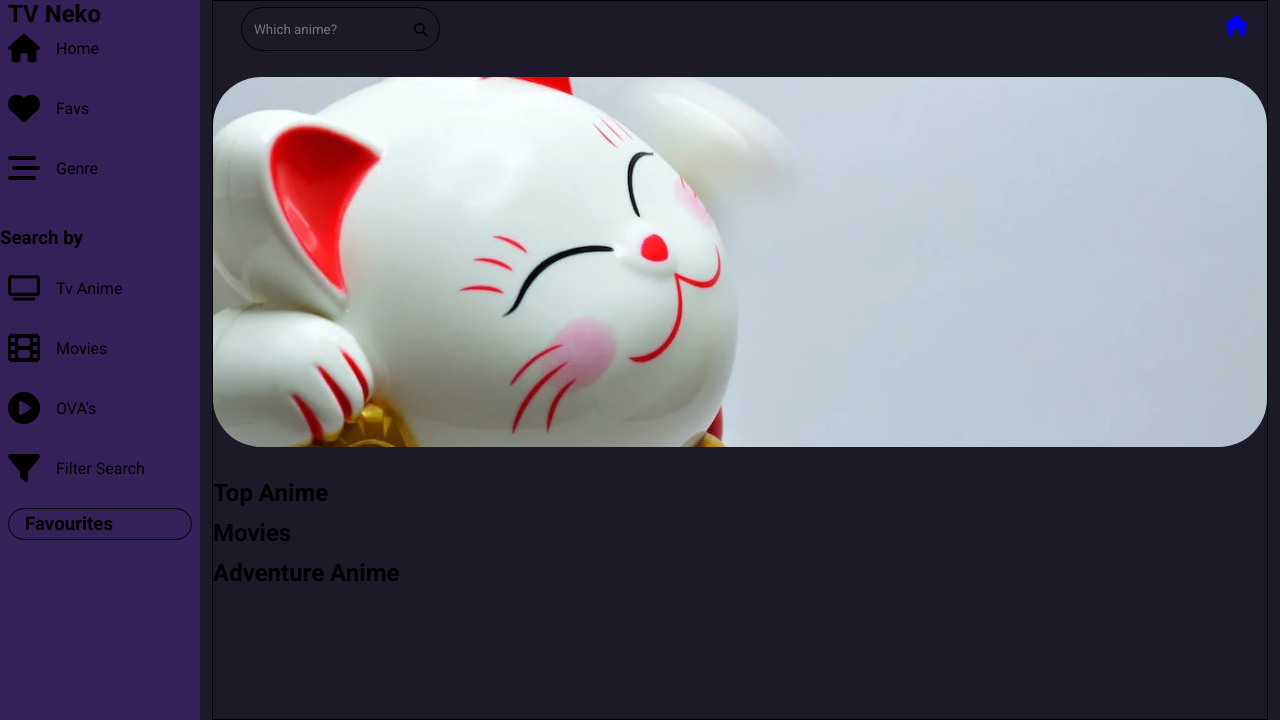
Repository: OwenMargiela/AnimeDatabse
Page: /
These files come from the project's save history. The page is drawn as it stood at one moment and after the next save; the edit follows.
The browser window is 1280 px wide. The pictures show the whole page.
The page's requests for data from a server got no answer. The project was rebuilt for these pictures with package versions that can differ from the ones it lists, and the page was loaded fresh each time. No one was signed in, and anything a server would have sent is missing. Also part of the build but not shown: src/Components/AnimeContainer.jsx, src/Pages/AnimePage/AnimePage.jsx, src/Components/Score.css, src/Components/Score.jsx, src/Components/AnimeDescription.jsx, src/Pages/AnimePage/AnimeInfo.jsx, src/Pages/AnimePage/AnimeGenre.jsx, src/Pages/FavouritesPage/Favourites.css and 7 more.

Above is the page before, as saved 2023-01-26 16:00:36.

### public/index.html
<!DOCTYPE html>
<html lang="en">
  <head>
    <meta charset="utf-8" />
    <link rel="icon" href="%PUBLIC_URL%/favicon.ico" />
    <meta name="viewport" content="width=device-width, initial-scale=1" />
    <meta name="theme-color" content="#000000" />
    <meta
      name="description"
      content="Web site created using create-react-app"
    />
    <link rel="apple-touch-icon" href="%PUBLIC_URL%/logo192.png" />
    <!--
      manifest.json provides metadata used when your web app is installed on a
      user's mobile device or desktop. See https://developers.google.com/web/fundamentals/web-app-manifest/
    -->
    <link rel="manifest" href="%PUBLIC_URL%/manifest.json" />
    <!--
      Notice the use of %PUBLIC_URL% in the tags above.
      It will be replaced with the URL of the `public` folder during the build.
      Only files inside the `public` folder can be referenced from the HTML.

      Unlike "/favicon.ico" or "favicon.ico", "%PUBLIC_URL%/favicon.ico" will
      work correctly both with client-side routing and a non-root public URL.
      Learn how to configure a non-root public URL by running `npm run build`.
    -->
    <title>TV Neko</title>
  </head>
  <body>
    <noscript>You need to enable JavaScript to run this app.</noscript>
    <div id="root"></div>
    <!--
      This HTML file is a template.
      If you open it directly in the browser, you will see an empty page.

      You can add webfonts, meta tags, or analytics to this file.
      The build step will place the bundled scripts into the <body> tag.

      To begin the development, run `npm start` or `yarn start`.
      To create a production bundle, use `npm run build` or `yarn build`.
    -->
  </body>
</html>

### src/index.js
import React from 'react';
import ReactDOM from 'react-dom/client';
import './index.css';
import App from './App';
import reportWebVitals from './reportWebVitals';
import { library } from '@fortawesome/fontawesome-svg-core';
import { faSearch,faStarHalfAlt,faStar,faHouse,faTv,faFilm,faBarsStaggered, faCirclePlay,faHeart,faCalendarDays,faX,faFilter,faArrowRight,faBars} from '@fortawesome/free-solid-svg-icons';

library.add(faSearch,faStarHalfAlt,faStar,faHouse,faTv,faFilm,faBarsStaggered, faCirclePlay,faHeart,faCalendarDays,faX,faFilter,faArrowRight,faBars)
const root = ReactDOM.createRoot(document.getElementById('root'));
root.render(
    <App />
);

// If you want to start measuring performance in your app, pass a function
// to log results (for example: reportWebVitals(console.log))
// or send to an analytics endpoint. Learn more: https://bit.ly/CRA-vitals
reportWebVitals();

### src/index.css
@import url('https://fonts.googleapis.com/css2?family=Roboto:ital,wght@0,100;0,400;0,500;0,700;0,900;1,100;1,700&display=swap');
*{
  margin: 0;
  padding: 0;
  box-sizing: border-box;
  font-family: 'Roboto',sans-serif;
}

### src/App.js
import { BrowserRouter as Router, Routes, Route, Link } from "react-router-dom";
import "./App.css";

import Home from "./Pages/HomePage/Home";
import AnimePage from "./Pages/AnimePage/AnimePage.jsx";
import AnimeInfo from "./Pages/AnimePage/AnimeInfo";
import { useEffect, useState } from "react";
import axios from "axios";
import { FontAwesomeIcon } from "@fortawesome/react-fontawesome";
import AnimeGenre from "./Pages/AnimePage/AnimeGenre";
import Favourites from "./Pages/FavouritesPage/Favourites";
import Sidebar from "./Components/Sidebar";
import Movies from "./Pages/AnimePage/Movies";

import OVA from "./Pages/AnimePage/OVA";
import TvAnime from "./Pages/AnimePage/TvAnime";
import FilterSearch from "./Pages/AnimePage/FilterSearch";

function App() {
  const [animes, setAnimes] = useState();
  const [valueSearch, setValueSearch] = useState();
  const [favourites, setFavourites] = useState([]);
  const [genres, setGenre] = useState([]);

  function sendToFavourites(info) {
    setFavourites([...favourites, info]);
  }

  function removeFromFavourites(anime) {
    setFavourites(
      favourites.filter((favourite) => favourite.mal_id !== anime.mal_id)
    );
    console.log(favourites);
  }

  async function fetchAnime(valueSearch) {
    if (valueSearch) {
      const { data } = await axios.get(
        `https://api.jikan.moe/v4/anime?q=${valueSearch}&sfw`
      );
      setAnimes(data.data);
    }
  }

  useEffect(()=>{
    async function getGenre(){
      const {data} = await axios.get(`https://api.jikan.moe/v4/genres/anime`)
      setGenre(data.data)
    }
    getGenre()
    setTimeout(()=>{
      console.log(genres)
    },300)
  },[])

  console.log(animes)

  function fetchBySearch() {
    fetchAnime(valueSearch);
  }
  return (
    <Router>
      <div className="App">
        <div className="sidebar">
          <Sidebar genres={genres} favourites={favourites}></Sidebar>
        </div>
        <div className="main">
          <nav className="nav">
            <div className="bars__icon" >
          <FontAwesomeIcon icon="fa-solid fa-bars" />

            </div>
            <form>
              <div className="search__container">
                <input
                  placeholder="Which anime?"
                  onKey
                  type="text"
                  value={valueSearch}
                  onChange={(event) => setValueSearch(event.target.value)}
                />
                <Link to="/anime">
                  <button type="submit" onClick={() => fetchBySearch()}>
                    <FontAwesomeIcon icon="fa-search"></FontAwesomeIcon>
                  </button>
                </Link>
              </div>
            </form>
            <div className="home__icon">
              <Link to="/">
                <FontAwesomeIcon icon="fa-house"></FontAwesomeIcon>
              </Link>
            </div>
          </nav>

          <Routes>
            <Route path="/" element={<Home></Home>}></Route>
            <Route
              path="/favourites"
              element={
                <Favourites
                  removeFromFavourites={removeFromFavourites}
                  favourites={favourites}
                ></Favourites>
              }
            ></Route>
            <Route
              path="/anime"
              element={<AnimePage animes={animes}></AnimePage>}
            ></Route>
            <Route
              path=":id/:id"
              element={
                <AnimeInfo
                  favourites={favourites}
                  sendToFavourites={sendToFavourites}
                  animes={animes}
                ></AnimeInfo>
              }
            ></Route>
            <Route path="/:id" element={<AnimeGenre></AnimeGenre>}></Route>
            <Route path="/TV" element={<TvAnime></TvAnime>}></Route>
            <Route path="/Movies" element={<Movies></Movies>}></Route>
            <Route path="/Ova's" element={<OVA></OVA>}></Route>
            <Route path="/filter" element={<FilterSearch genres={genres} ></FilterSearch>}></Route>
          </Routes>
        </div>
      </div>
    </Router>
  );
}

export default App;

### src/App.css
::-webkit-scrollbar {
  display: none;
}

.App {
  display: flex;
  justify-content: space-between;
  height: 100vh;
  min-height: 500px;
  width: 100%;
  background-color: rgb(28, 25, 41);
  /* overflow-y: hidden; */
}
a{
  text-decoration: none;
}

li{
  list-style-type: none;
  color: rgb(0, 0, 0);
}

nav {
  position: sticky;
  top: 0;
  display: flex;
  align-items: center;
  justify-content: space-between;
  margin-bottom: 1.75rem;
  padding: 0.75em 1.25em;
  width: 100%;
  height: 3em;
}


.main {
  margin: 0 0.75em ;
  border: 1px solid black;
  overflow-y: scroll;
  width: 100%;
}


.sidebar {
  max-width: 250px;
  min-width: 200px;
  border: 1px solid black;
  background-color: rgb(28, 14, 54);
}

.landinImageContainer {
  width: 100%;
  height: 370px;
  margin: 0 auto;
}

.landinImageContainer img {
  height: 100%;
  border-radius: 3rem;
  width: 100%;
  object-fit: cover;
}

.home__icon,
.bars__icon {
  font-size: 1.25rem;
}

.bars__icon {
  display: none;
}

.home__icon {
  margin-left: 0.8rem;
}

.search__container {
  display: flex;
  align-items: center;
  justify-content: center;
  width: 100%;
  margin-top: 0.5em;
  margin-left: 0.5em;
  height: 2.75em;
  padding: 0 0.75em;
  border-radius: 2rem;
  border: 1px solid black;
}

.search__container input {
  width: 100%;
  border: none;
  outline: none;
  background: none;
}

.search__container button {
  background-color: transparent;
  border: none;
  color: none;
  cursor: pointer;
}

.anime__wrapper--container{
  display: flex;
  flex-direction: column;
  margin-bottom: -100px;
  justify-content: space-between;
}
.anime__wrapper--container--genre{
  display: flex;
  flex-wrap: wrap;
  margin-bottom: -100px;
  justify-content: space-evenly;
}


.anime__container{
  display: flex;
  flex-direction: column;
  align-items: center;
  flex-grow: 1;
  justify-content: space-between;
  margin-right: 0.5em;

}

.anime__image{
  border: 1px solid black;
  border-radius: 1em;
  min-width: 14rem;
  margin-bottom: 1rem;

}

.pagination{
  margin-top: 6rem;
  margin-bottom: 6rem;
}


/* .anime__image{
  border: 1px solid black;
  height: 100%;
  width: 100%;
  object-fit: cover;
  flex-grow: 1;
  margin-right: 1.25em;
  margin-bottom: 1.25em;
} */
.mainBody{
  margin: 2em 0;
  /* border: 1px solid black; */
}

@media screen and (max-width: 700px) {
  .sidebar {
    display: none;
  }
  .bars__icon {
    display: block;
  }
}
@media screen and (min-width: 480px) {
  .anime__wrapper{
    display: flex;
    flex-wrap: wrap;
    justify-content: space-between;
    margin-bottom: 7rem;

  }
  .anime__image{
    max-height: 300px;
  }
}
@media screen and (max-width: 480px) {
  .anime__wrapper{
    display: flex;
    flex-direction: column;
    align-items: center;

  }
  .anime__image{
    height: 400px;
  }
  nav{
    justify-content: center;
  }
}

### src/Pages/HomePage/Home.jsx
import React, { useEffect, useState } from "react";
import neko from "./assets/neko.webp";
import axios from "axios";
import AnimeContainer from "../../Components/AnimeContainer";
import { Link } from "react-router-dom";
function Home() {
  const [top, setTop] = useState();
  const [movies, setMovies] = useState();
  const [adventure, setAdventure] = useState();

  useEffect(() => {
    async function getFrontPage() {
      const { data: top } = await axios.get(
        "https://api.jikan.moe/v4/top/anime"
      );
      setTop(top.data.slice(0, 12));

      const { data: movie } = await axios.get(
        "https://api.jikan.moe/v4/anime?type=movie"
      );
      setMovies(movie.data.slice(0, 6));

      const { data: adventure } = await axios.get(
        "https://api.jikan.moe/v4/anime?genres=2&order_by=score&sort=desc"
      );
      setAdventure(adventure.data.slice(0, 6));
    }
    getFrontPage();
  }, []);

  return (
    <div className="Home">
      <div className="landinImageContainer">
        <img src={neko} alt="" />
      </div>
      <div className="mainBody">
        <div className="anime__wrapper--container">
          <h2>Top Anime</h2>
          <div className="anime__wrapper">
            {top?.slice(0, 6).map((anime) => (
              <Link to={`anime/${anime.mal_id}`}>
                <AnimeContainer anime={anime}></AnimeContainer>
              </Link>
            ))}
          </div>
        </div>

        <div className="anime__wrapper--container">
          <h2>Movies</h2>
          <div className="anime__wrapper">
            {movies?.map((anime) => (
              <Link to={`anime/${anime.mal_id}`}>
                <AnimeContainer anime={anime}></AnimeContainer>
              </Link>
            ))}
          </div>
        </div>

        <div className="anime__wrapper--container">
          <h2>Adventure Anime</h2>
          <div className="anime__wrapper">
            {adventure?.map((anime) => (
              <Link to={`anime/${anime.mal_id}`}>
                <AnimeContainer anime={anime}></AnimeContainer>
              </Link>
            ))}
          </div>
        </div>
      </div>
    </div>
  );
}

export default Home;

### src/Components/Sidebar.jsx
import { FontAwesomeIcon } from "@fortawesome/react-fontawesome";
import React from "react";
import "./Sidebar.css";
import { Link } from "react-router-dom";
import { useState } from "react";

function Sidebar({ favourites, genres }) {
  const [genreToggle, setGenreToggle] = useState(false);
  function toggleGenre() {
    genreToggle === false ? setGenreToggle(true) : setGenreToggle(false);
  }

  return (
    <>
      <div className="sidebar">
        <div className="sidebar__head">
          <h2>TV Neko</h2>
        </div>
        <ul className="sidebar__list">
          <Link to="/">
            <li className="sidebar__list--item">
              <FontAwesomeIcon
                className="sidebar__list--item-icon"
                icon="fa-solid fa-house"
              ></FontAwesomeIcon>
              <p>Home</p>
            </li>
          </Link>

          <Link to="/favourites">
            <li className="sidebar__list--item">
              <FontAwesomeIcon
                className="sidebar__list--item-icon"
                icon="fa-solid fa-heart"
              ></FontAwesomeIcon>
              {favourites.length > 0 && <span>{favourites.length}</span>}
              <p>Favs</p>
            </li>
          </Link>
          <li
            onClick={() => toggleGenre()}
            className="sidebar__list--item sidebar__list--item-genre"
          >
            <div className="icon__para">
              <FontAwesomeIcon
                className="sidebar__list--item-icon"
                icon="fa-solid fa-bars-staggered"
              />
              <p>Genre</p>
            </div>
            <li className="genres">
              <div className={`${genreToggle} || Sidebar__genres`}>
                {genres
                  ?.filter(
                    (genres) =>
                      genres.mal_id !== 28 &&
                      genres.mal_id !== 26 &&
                      genres.mal_id !== 9
                  )
                  .slice(0, 8)
                  .map((genre) => (
                    <Link to={`/${genre.mal_id}`}>
                      <div className="sidebar__genre">
                        <p>{genre.name}</p>
                      </div>
                    </Link>
                  ))}
                  <Link to="/filter" >
                <p className="view__all-btn">
                  view all{" "}
                  <FontAwesomeIcon icon="fa-solid fa-arrow-right"></FontAwesomeIcon>
                </p>
                  </Link>
              </div>
            </li>
          </li>

          <br />
          <h3>
            Search by
          </h3>
          <br />
          <Link to="/TV">
            <li className="sidebar__list--item">
              <FontAwesomeIcon
                className="sidebar__list--item-icon"
                icon="fa-solid fa-tv"
              />
              <p>Tv Anime</p>
            </li>
          </Link>
          <Link to="/Movies">
            <li className="sidebar__list--item">
              <FontAwesomeIcon
                className="sidebar__list--item-icon"
                icon="fa-solid fa-film"
              />
              <p>Movies</p>
            </li>
          </Link>
          <Link to="/Ova's">
            <li className="sidebar__list--item">
              <FontAwesomeIcon
                className="sidebar__list--item-icon"
                icon="fa-solid fa-circle-play"
              />
              <p>OVA's</p>
            </li>
          </Link>
          <Link to="/filter">
            <li className="sidebar__list--item">
              <FontAwesomeIcon
                className="sidebar__list--item-icon"
                icon="fa-solid fa-filter"
              />
              <p>Filter Search</p>
            </li>
          </Link>
        </ul>

        <div className="Favourite">
          <h3>Favourites</h3>
          <ul className="favourites__list">
            {favourites?.slice(0, 5).map((anime) => (
              <Link to={`/favourites`}>
                <li className="favourites__list--item" key={anime.mal_id}>
                  {anime.title}
                </li>
              </Link>
            ))}
          </ul>
        </div>
      </div>
    </>
  );
}

export default Sidebar;

### src/Components/Sidebar.css
li{
    list-style-type: none;
}

.sidebar{
    border: none;
    background-color: rgb(53, 33, 90);
    padding-bottom: 200px;
    overflow-y: hidden;
}
.sidebar__head{
    display: flex;
    flex-direction: column;
    margin-left: 8px;
}

.sidebar__head--img{
    width: 50%;
    object-fit: cover;
    border-radius: 50%;
}



.sidebar__list--item,
.favourites__list--item{
    display: flex;
    align-items: center;
    margin-bottom: 20px;
    width: 90%;
    padding: 4px 8px;
    border-radius: 1rem;
    transition: all 300ms ease;
    cursor: pointer;

}
.sidebar__list--item-icon{
    height: 32px;
    width: 32px;
}

.sidebar__list--item p{
    margin-left: 16px;

}
.sidebar__list--item span{
    display: flex;
    justify-content: center;
    align-items: center;
    width: 16px;
    height: 16px;
    transform: translate(-10px,10px);
    background-color: rgb(231, 231, 231);
    color: rgb(71, 71, 71) ;
    box-shadow: 0px 0px 15px 1px rgba(235, 235, 235, 0.45);
    border-radius: 50%;

}


.sidebar__list--item:hover,
.favourites__list--item:hover{
    transform: translateX(5px);
    background-color: rgb(231, 231, 231);
    color: rgb(71, 71, 71) ;
    box-shadow: 0px 0px 15px 1px rgba(235, 235, 235, 0.45);
}
.Sidebar__genres{
    display: flex;
    flex-direction: column;
    flex-wrap: wrap;
    /* visibility: hidden; */
    height: 4px;
    transition: all 200ms ease;

}
.true{
    visibility: visible;
    height: 250px;
}
.true .sidebar__genre{
    display: flex;
    align-items: center;
    padding: 2px 6px;
    border: 1px solid black;
    border-radius: 20px;
    transition: all 300ms;

}
.true .sidebar__genre:hover{
    transform: translateX(15px);
}
.true .view__all-btn {
    display: block;
}
.view__all-btn{
    display: none;
    transform: translate(-16px,10px)
}
.sidebar__genre{
    display: none;
    width: 150px;
    font-size: 12px;
    margin-top: 4px;
}
.sidebar__list--item-genre{
    display: flex;
    flex-direction: column;
    align-items: flex-start;
    padding-bottom: 0px;
}
.icon__para{
    display: flex;
    align-items: center;
}

.Favourite{
    margin-left: 8px;
    margin-right: 8px;
    padding: 4px 16px;
    border: 1px solid black;
    border-radius: 16px;
    /* min-height: 250px;
    height: 250px; */
}
.favourites__list--item{
    margin-bottom: 8px;
    padding: 3px 12px;
}

Loaded but not shown: src/reportWebVitals.js (common file)

After the next save:
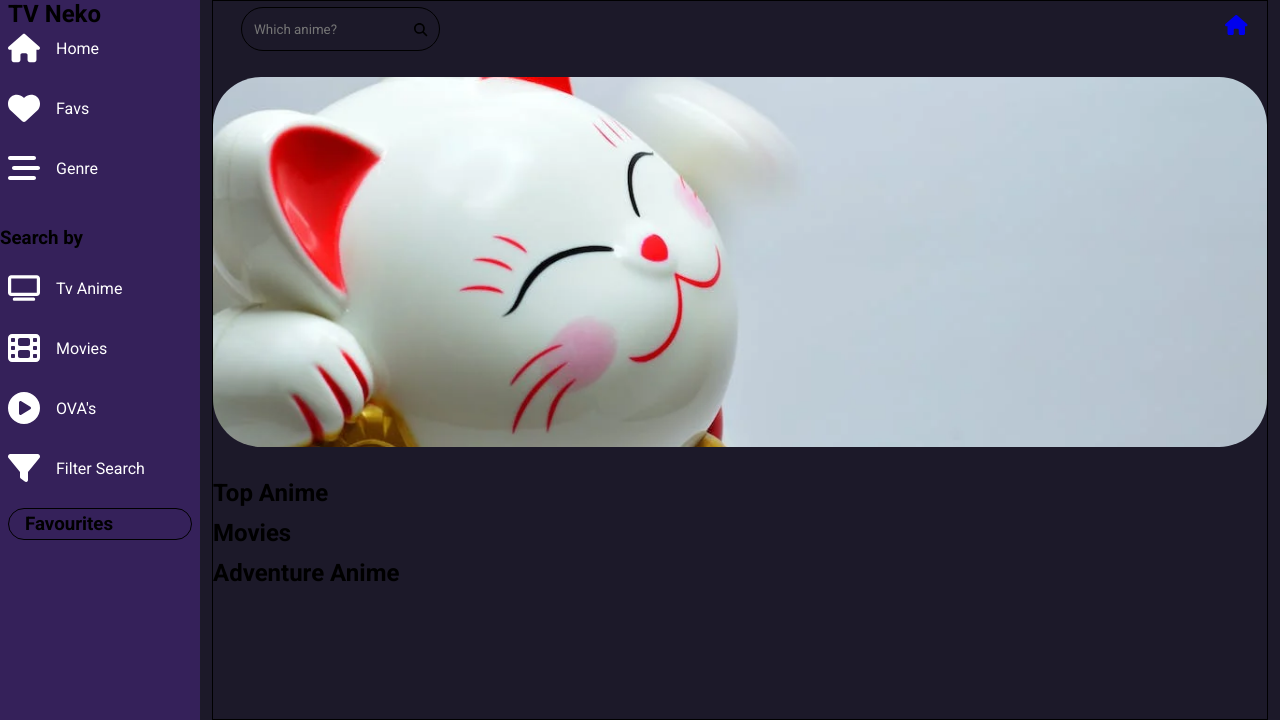
Saved 21 s later.
--- a/src/App.css
+++ b/src/App.css
@@ -17,7 +17,7 @@ a{
 
 li{
   list-style-type: none;
-  color: rgb(0, 0, 0);
+  color: white;
 }
 
 nav {
